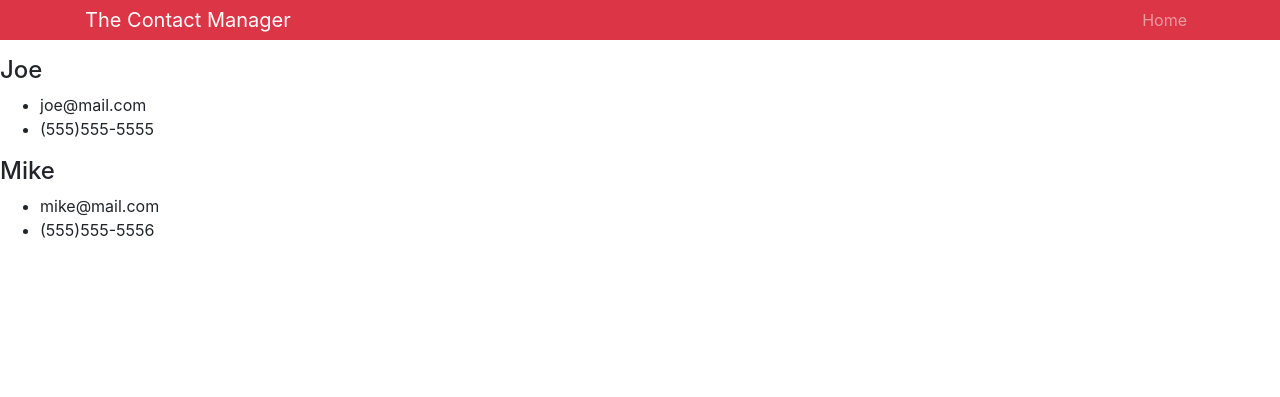
Repository: MikeTroianello/Contact-Manager
Page: /
These files come from the project's save history. The page is drawn as it stood at one moment and after the next save; the edit follows.
The browser window is 1280 px wide. The pictures show the whole page.
The project was rebuilt for these pictures with package versions that can differ from the ones it lists, and the page was loaded fresh each time. Also part of the build but not shown: src/App.css.

Above is the page before, as saved 2019-05-19 00:37:23.

### src/App.js
import React from "react";
import Contact from "./components/Contact";
import Header from "./components/Header";

import "bootstrap/dist/css/bootstrap.min.css";
import "./App.css";

function App() {
  return (
    <div className="App">
      <Header branding="The Contact Manager" />
      <Contact name="Joe" email="joe@mail.com" phone="(555)555-5555" />
      <Contact name="Mike" email="mike@mail.com" phone="(555)555-5556" />
    </div>
  );
}

export default App;

### src/components/Contact.js
import React, { Component } from "react";
import PropTypes from "prop-types";

class Contact extends Component {
  render() {
    const { name, email, phone } = this.props;
    return (
      <div>
        <h4>{name}</h4>
        <ul>
          <li>{email}</li>
          <li>{phone}</li>
        </ul>
      </div>
    );
  }
}

Contact.propTypes = {
  name: PropTypes.string.isRequired,
  email: PropTypes.string.isRequired,
  phone: PropTypes.string.isRequired
};

export default Contact;

### src/components/Header.js
import React from "react";
import PropTypes from "prop-types";

const Header = props => {
  const { branding } = props;
  return (
    <nav className="navbar navbar-expand-sm navbar-dark bg-danger mb-3 py-0">
      <div className="container">
        <a href="/" className="navbar-brand">
          {branding}
        </a>
        <div>
          <ul className="navbar-nav mr-auto">
            <a href="/" className="nav-link">
              Home
            </a>
          </ul>
        </div>
      </div>
    </nav>
  );
};

Header.defaultProps = {
  branding: "My App"
};

Header.propTypes = {
  branding: PropTypes.string.isRequired
};

export default Header;

Loaded but not shown: src/index.js (common file); src/serviceWorker.js (common file)

After the next save:
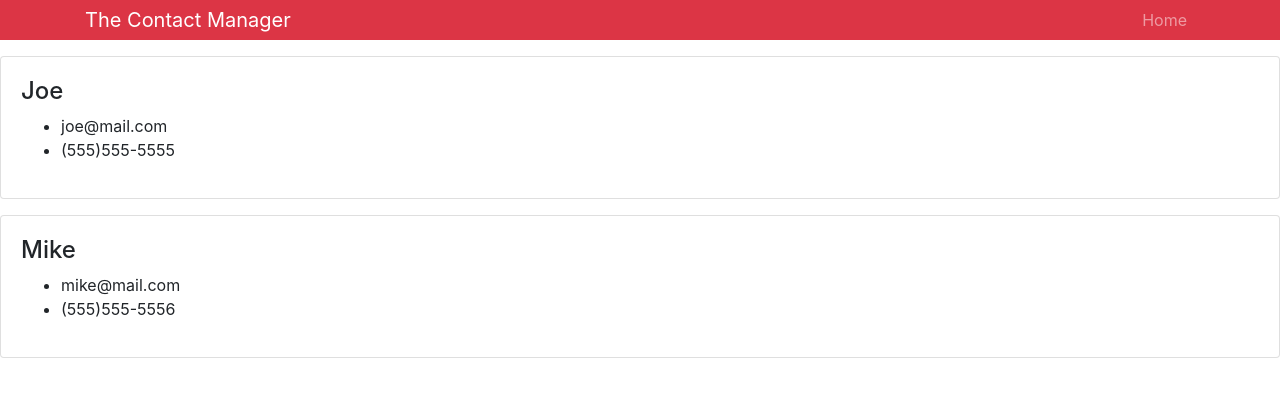
Saved 2 min 38 s later.
--- a/src/components/Contact.js
+++ b/src/components/Contact.js
@@ -5,7 +5,7 @@ class Contact extends Component {
   render() {
     const { name, email, phone } = this.props;
     return (
-      <div>
+      <div className="card card-body mb-3">
         <h4>{name}</h4>
         <ul>
           <li>{email}</li>
